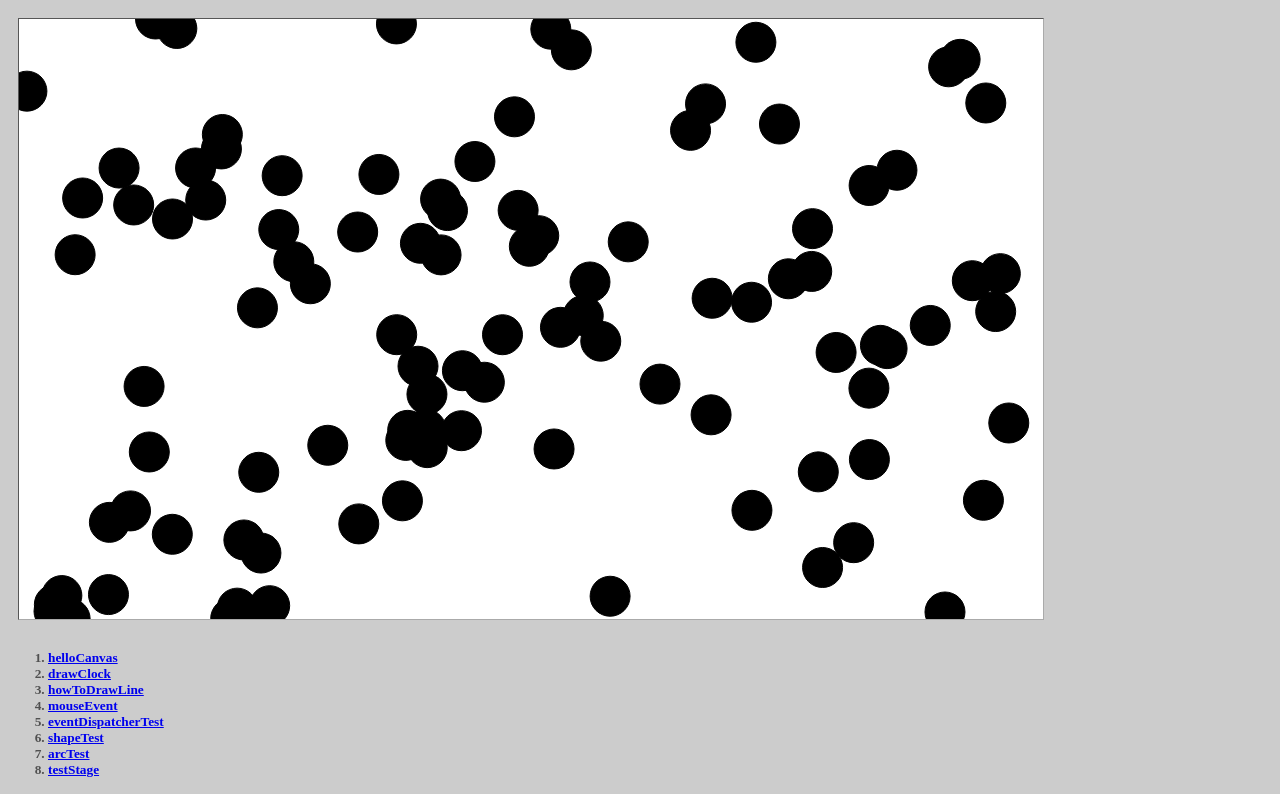
Repository: dnvy0084/canvasstudy
Page: HTML5Canvas.html
The author's editor kept a record of every edit. The page is drawn from the files as they stood at one moment, then again after the next edit.
The browser window is 1280 px wide. The pictures show the whole page.

Above is the page before.

After the next edit:
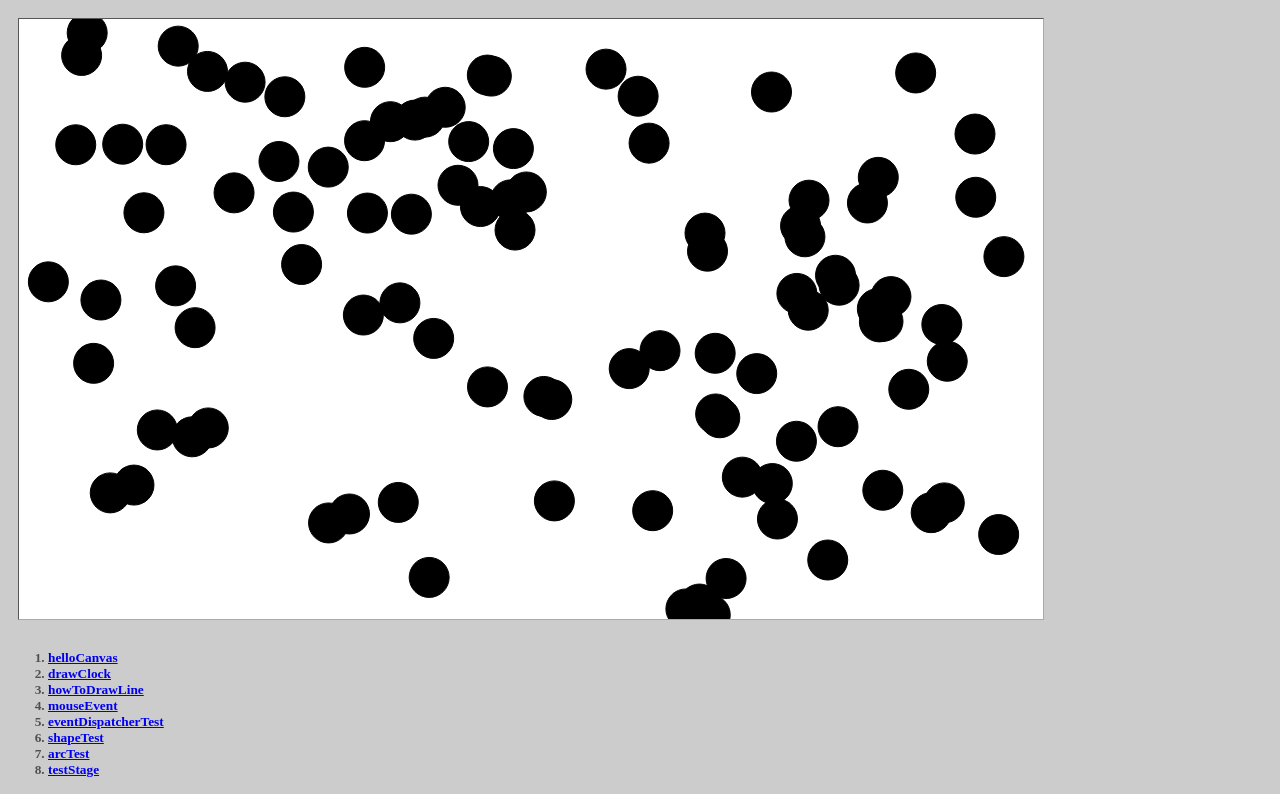
The edit:
--- a/js/html5CanvasExample.js
+++ b/js/html5CanvasExample.js
@@ -319,8 +319,8 @@
             s.x = Math.random() * this.context.canvas.width;
             s.y = Math.random() * this.context.canvas.height;
 
-            s.vx = Math.random() * 5 + 5;
-            s.vy = Math.random() * 5 + 5;
+            s.vx = Math.random() * 4 + 2;
+            s.vy = Math.random() * 4 + 2;
 
             s.addEventListener( "enterframe", onEnter, this );
 
